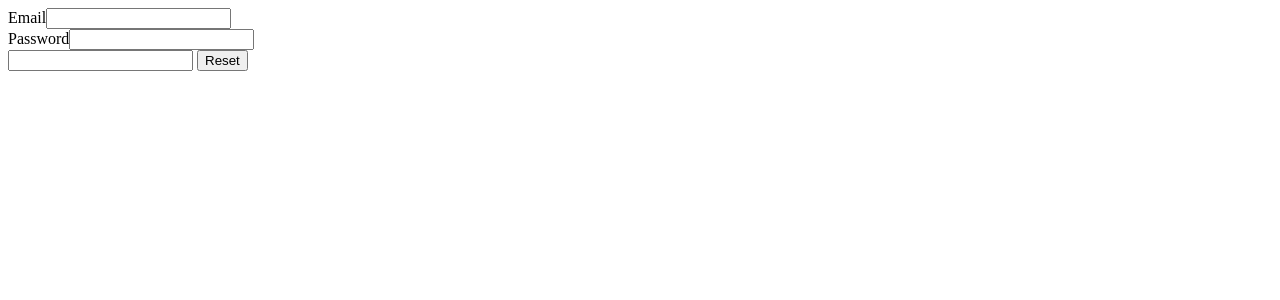
Repository: laxmichauhan/Student-Data-Insertion
Page: Application1/WebContent/login.html
These files come from the project's save history. The page is drawn as it stood at one moment and after the next save; the edit follows.
The browser window is 1280 px wide. The pictures show the whole page.

Above is the page before, as saved 2019-02-19 06:04:03.

After the next save:
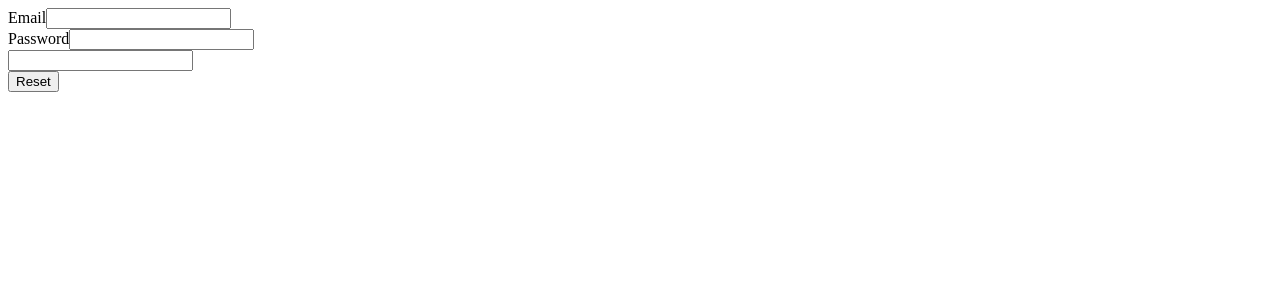
Saved 34 s later.
--- a/Application1/WebContent/login.html
+++ b/Application1/WebContent/login.html
@@ -8,7 +8,7 @@
 <form action="Verify" method="post">
 Email<input type="text" name="email"/><br>
 Password<input type="password" name="password"/><br>
-<input type="Login" name="login"/>
+<input type="Login" name="login"/><br>
 <input type="Reset" name="reset"/>
 
 </form>
